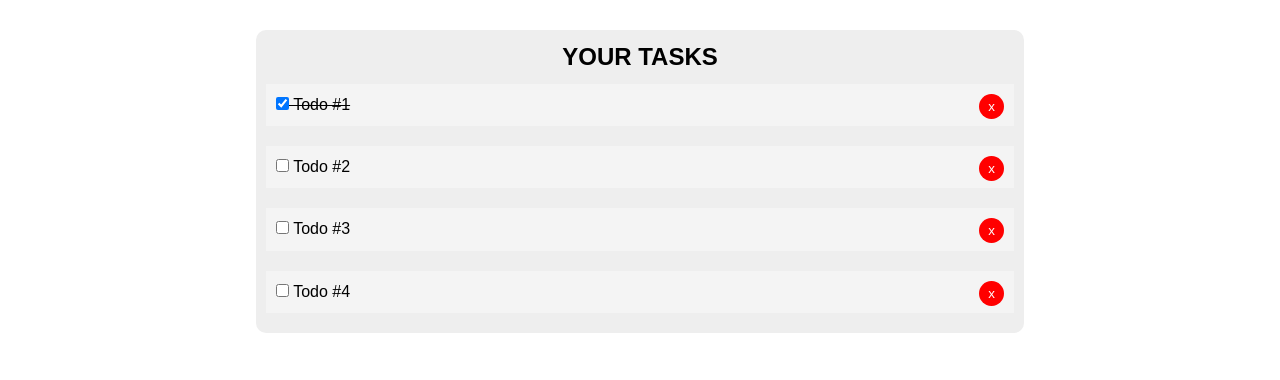
Repository: n0rthern-light/vuejs-taskmanager
Page: /
An editor plug-in stored every save of this project. The page is shown before and after the next save, followed by the edit.
The browser window is 1280 px wide. The pictures show the whole page.
The project was rebuilt for these pictures with package versions that can differ from the ones it lists, and the page was loaded fresh each time.

Above is the page before, as saved 2019-02-18 15:38:37.

### src/App.vue
<template>
  <div id="app">
    <h3>{{msg}}</h3>
    <Todos :todos="todos" v-on:del-todo="delTodo" v-on:update-array="updateArr"/>
  </div>
</template>

<script>

import Todos from '@/components/Todos.vue';

export default {
  name: 'app',
  components: {
    Todos
  },
  data() {
    return {
      todos: [
        {
          id: 1,
          title: 'Todo #1',
          completed: true
        },
        {
          id: 2,
          title: 'Todo #2',
          completed: false
        },
        {
          id: 3,
          title: 'Todo #3',
          completed: false
        },
        {
          id: 4,
          title: 'Todo #4',
          completed: false
        }
      ],
      msg: ''
    }
  },
  methods: {
    /* eslint-disable */
    setCookie(cname, cvalue, exdays) {
      var d = new Date();
      d.setTime(d.getTime() + (exdays*24*60*60*1000));
      var expires = "expires="+ d.toUTCString();
      document.cookie = cname + "=" + cvalue + ";" + expires + ";path=/";
    },
    getCookie(cname) {
      var name = cname + "=";
      var decodedCookie = decodeURIComponent(document.cookie);
      var ca = decodedCookie.split(';');
      for(var i = 0; i <ca.length; i++) {
        var c = ca[i];
        while (c.charAt(0) == ' ') {
          c = c.substring(1);
        }
        if (c.indexOf(name) == 0) {
          return c.substring(name.length, c.length);
        }
      }
      return "";
    },
    delTodo(id) {
      console.log('delTodo');
      this.todos = this.todos.filter((el) => el.id !== id);
    },
    updateArr(obj) {
      console.log('updateArr');
      this.todos = this.todos.
      map((el) => el.id === obj.id ? obj : el).
      sort((a, b) => a.id - b.id).
      sort((a, b) => a.completed - b.completed);

      this.setCookie('todos', JSON.stringify(this.todos), 60)
    }

  },
  mounted() {
    console.log('mounted');
    this.todos = JSON.parse(this.getCookie('todos'));

    this.todos = this.todos.sort((a, b) => a.id - b.id).
      sort((a, b) => a.completed - b.completed);
  }
}
</script>

<style>
* {
  box-sizing: border-box;
  margin: 0;
  padding: 0;
}

body {
  font-family: Arial, Helvetica, sans-serif;
  line-height: 1.4;
}
</style>

### src/components/Todos.vue
<template>
  <div class="container">
    <span class="title">YOUR TASKS</span>
    <div v-for="todo in todos" :key="todo.id">
      <TodoItem :todo="todo" v-on:del-todo="$emit('del-todo', todo.id)" v-on:update-array="$emit('update-array', todo)"/>
    </div>
  </div>
</template>

<script>
import TodoItem from './TodoItem.vue';

export default {
  components: {
    TodoItem
  },
  name: 'Todos',
  props: ['todos']
}
</script>

<style scoped>
.container {
  padding: 10px;
  background-color: #eee;
  border-radius: 10px;
  margin: 30px auto 0 auto;
  width: 80%;
  max-width: 768px;
  display: flex;
  flex-direction: column;
}

.container .title {
  text-align: center;
  font-size: 1.5em;
  font-weight: 600;
}

.container div {
  flex: 1;
}
</style>

### src/components/TodoItem.vue
<template>
  <div class="todo-item" :class="{'is-complete':todo.completed}">
    <p>
      <input type="checkbox" v-on:change="markComplete(); $emit('update-array', todo);" :checked="this.todo.completed">
      {{todo.title}}
      <button @click="$emit('del-todo', todo.id)" class="del">x</button>
    </p>
  </div>
</template>

<script>
export default {
  name: 'TodoItem',
  props: ['todo'],
  methods: {
    markComplete () {
      this.todo.completed = !this.todo.completed;
    }
  },
  mounted () {

  }
}
</script>

<style scoped>
  .todo-item {
    background: #f4f4f4;
    padding: 10px;
    margin: 10px 0;
  }

  .is-complete {
    text-decoration: line-through;
  }

  .del {
    background: #ff0000;
    color: #fff;
    border: none;
    padding: 5px 9px;
    border-radius: 50%;
    cursor: pointer;
    float: right;
  }
</style>

Loaded but not shown: src/main.js (common file)

After the next save:
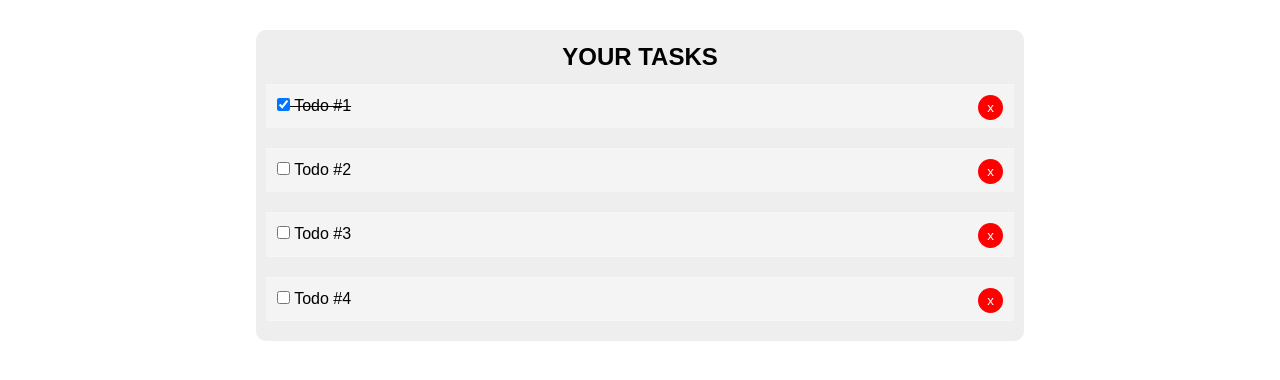
Saved 12 s later.
--- a/src/components/TodoItem.vue
+++ b/src/components/TodoItem.vue
@@ -28,6 +28,7 @@ export default {
     background: #f4f4f4;
     padding: 10px;
     margin: 10px 0;
+    border: 1px solid rgba(255,255,255,0.2);
   }
 
   .is-complete {
